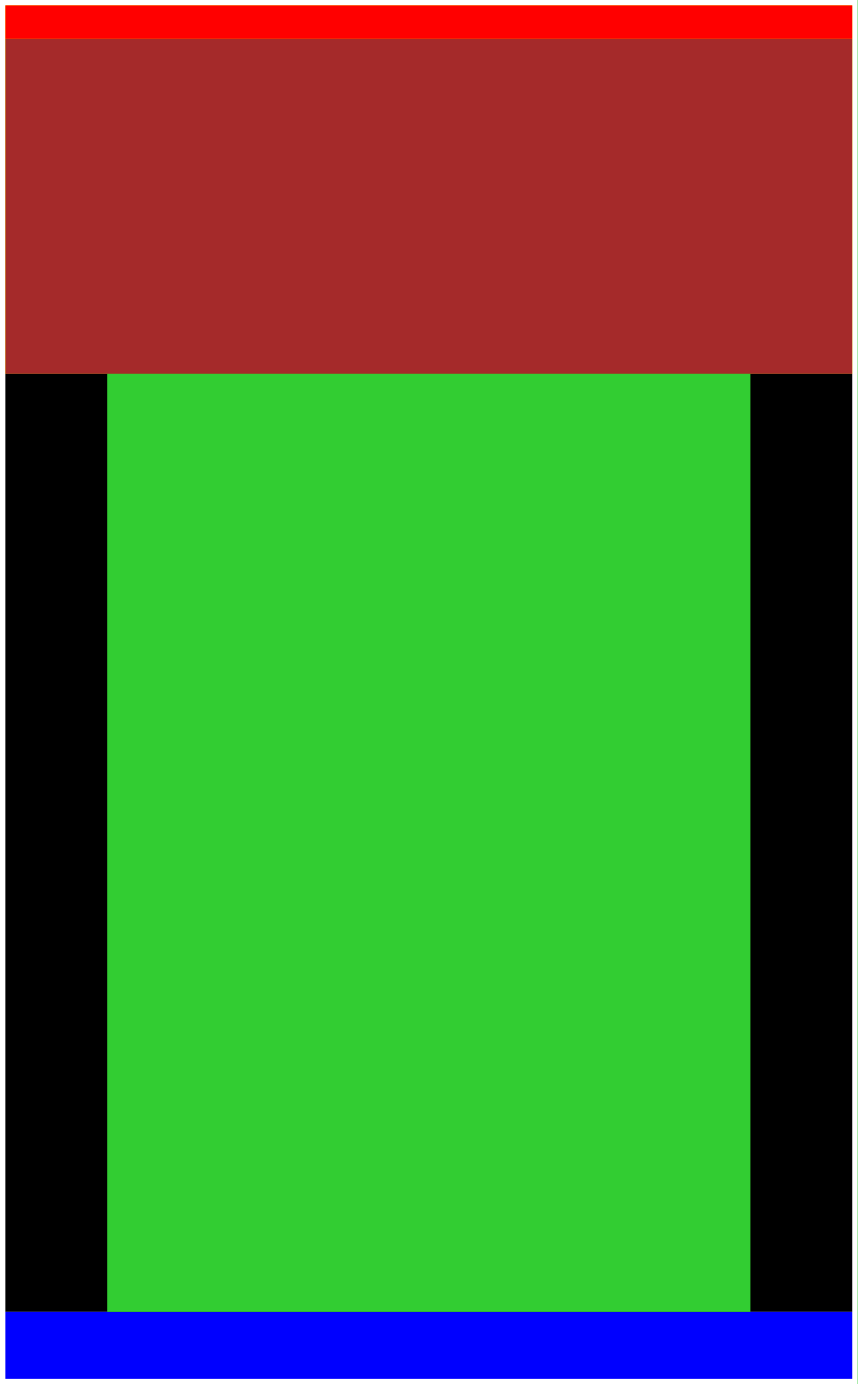
Repository: Souax/prac_20231021
Page: Chapter4/4.html
The author's editor kept a record of every edit. The page is drawn from the files as they stood at one moment, then again after the next edit.
The browser window is 1280 px wide. The pictures show the whole page, at 67% of full size.

Above is the page before.

### Chapter4/4.html
<!DOCTYPE html>
<html lang="ja">
  <head>
  <meta charset="UTF-8">
  <link rel="stylesheet" href="4.css">
  <title>4章</title>
  </head>

<body>
  <div class="header">
    <div class="header-top"></div>
    <div class="header-bottom"></div>
  </div>

  <div class="main">
    <div class="main-visual-left"></div>
    <div class="main-visual"></div>
    <div class="main-visual-right"></div>
  </div>

  <div class="footer"></div>
</body>
</html>

### Chapter4/4.css
＊{
  margin:0;
  padding:0;
  box-sizing:border-box;
}

.header{
  width:100%;
  height:550px;
  background-color:yellow;
}

.header-top{
  width:100%;
  height:50px;
  background-color:red;
}

.header-bottom{
  width:100%;
  height:500px;
  background-color:brown;
}
.main{
  width:100%;
  height:1400px;
  background-color:black;
  display:flex;
  justify-content:center;
}

.main-visual{
  width:960px;
  height:1400px;
  background-color:limegreen;
}

.main-visual-2{
  width:500px;
  height:1400px;
  background-color:green;
}

.footer{
  width:100%;
  height:100px;
  background-color:blue;
}

After the next edit:
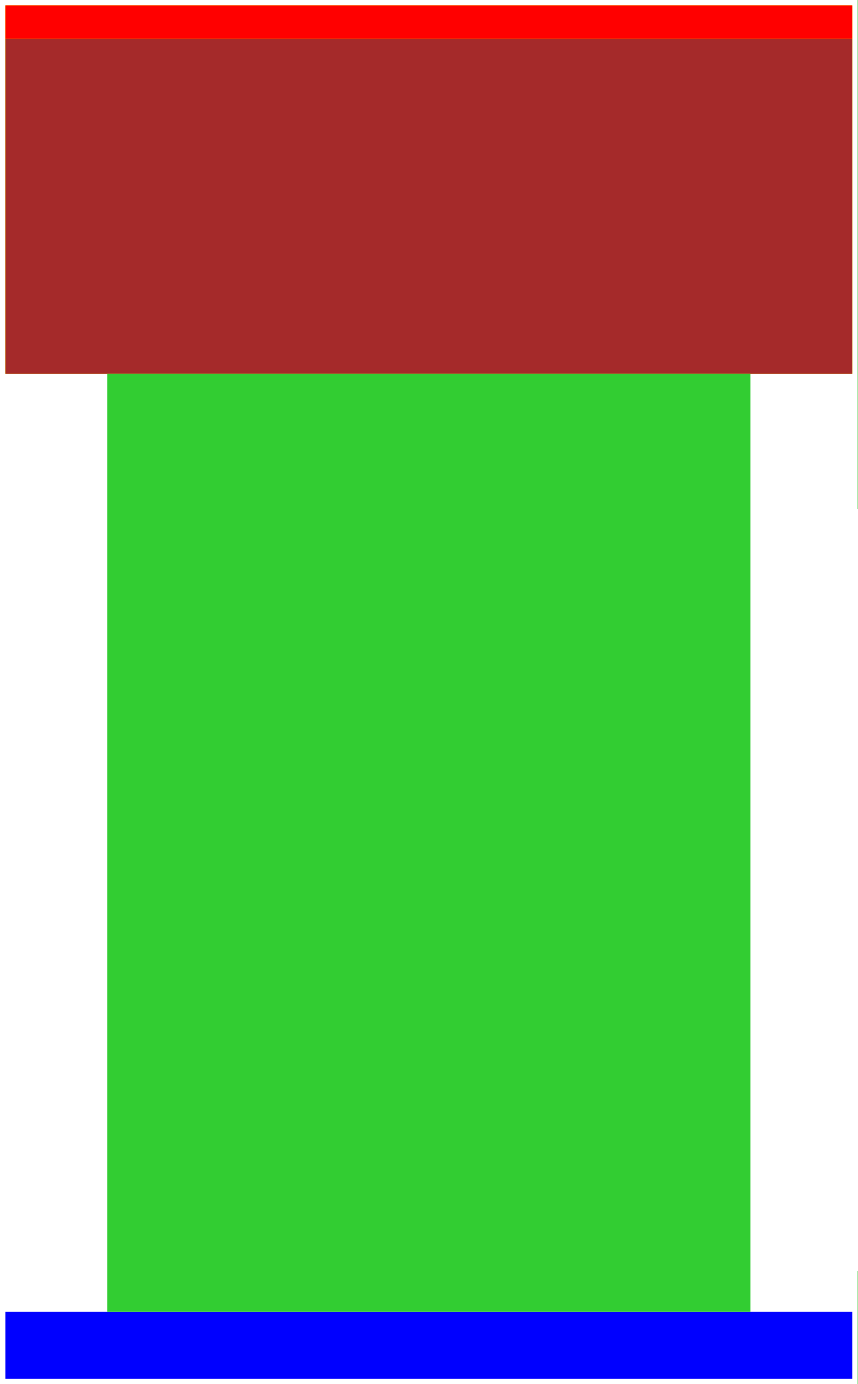
The edit:
--- a/Chapter4/4.css
+++ b/Chapter4/4.css
@@ -22,7 +22,8 @@
   background-color:brown;
 }
 .main{
-  width:100%;
+  width:960px;
+  margin:0 auto;
   height:1400px;
   background-color:black;
   display:flex;
